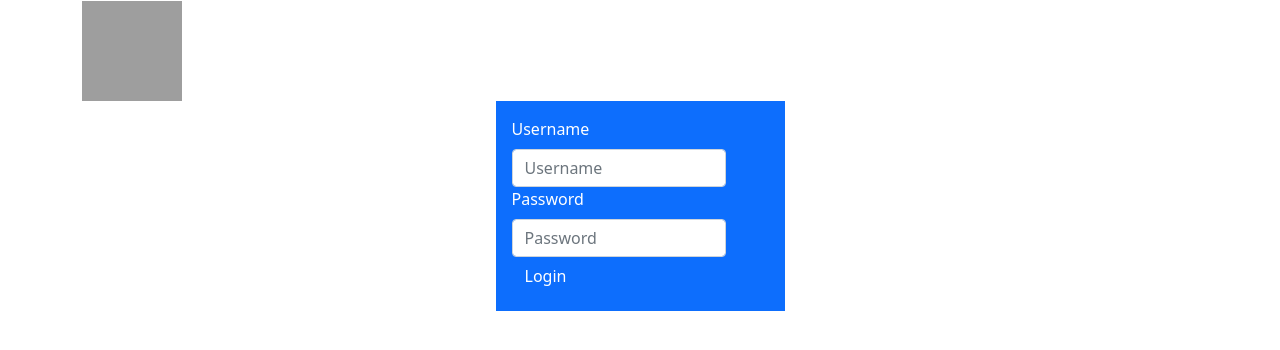
Repository: dilaraozdem1r/BooksApp
Page: /admin
An editor plug-in stored every save of this project. The page is shown before and after the next save, followed by the edit.
The browser window is 1280 px wide. The pictures show the whole page.
Pictures or frames that could not be fetched are drawn as grey boxes. The page's requests for data from a server got no answer. The project was rebuilt for these pictures with package versions that can differ from the ones it lists, and the page was loaded fresh each time. No one was signed in, and anything a server would have sent is missing. Also part of the build but not shown: src/Components/BookList.js, src/Components/SearchBar.js.

Above is the page before, as saved 2021-08-20 13:40:02.

### public/index.html
<!DOCTYPE html>
<html lang="en">
  <head>
    <meta charset="utf-8" />
    <link rel="icon" href="%PUBLIC_URL%/favicon.ico" />
    <meta name="viewport" content="width=device-width, initial-scale=1" />
    <meta name="theme-color" content="#000000" />
    <meta
      name="description"
      content="Web site created using create-react-app"
    />
    <link rel="apple-touch-icon" href="%PUBLIC_URL%/logo192.png" />
    <!--
      manifest.json provides metadata used when your web app is installed on a
      user's mobile device or desktop. See https://developers.google.com/web/fundamentals/web-app-manifest/
    -->
    <link rel="manifest" href="%PUBLIC_URL%/manifest.json" />
    <!--
      Notice the use of %PUBLIC_URL% in the tags above.
      It will be replaced with the URL of the `public` folder during the build.
      Only files inside the `public` folder can be referenced from the HTML.

      Unlike "/favicon.ico" or "favicon.ico", "%PUBLIC_URL%/favicon.ico" will
      work correctly both with client-side routing and a non-root public URL.
      Learn how to configure a non-root public URL by running `npm run build`.
    -->
    <link href="https://cdn.jsdelivr.net/npm/bootstrap@5.0.2/dist/css/bootstrap.min.css" rel="stylesheet" integrity="sha384-EVSTQN3/azprG1Anm3QDgpJLIm9Nao0Yz1ztcQTwFspd3yD65VohhpuuCOmLASjC" crossorigin="anonymous">
    <title>Books App</title>
  </head>
  <body>
    <noscript>You need to enable JavaScript to run this app.</noscript>
    <div id="root"></div>
    <!--
      This HTML file is a template.
      If you open it directly in the browser, you will see an empty page.

      You can add webfonts, meta tags, or analytics to this file.
      The build step will place the bundled scripts into the <body> tag.

      To begin the development, run `npm start` or `yarn start`.
      To create a production bundle, use `npm run build` or `yarn build`.
    -->
    <script src="https://cdn.jsdelivr.net/npm/bootstrap@5.0.2/dist/js/bootstrap.bundle.min.js" integrity="sha384-MrcW6ZMFYlzcLA8Nl+NtUVF0sA7MsXsP1UyJoMp4YLEuNSfAP+JcXn/tWtIaxVXM" crossorigin="anonymous"></script>
  </body>
</html>

### src/index.js
import React from 'react'
import ReactDOM from 'react-dom'
import App from './Components/App'

ReactDOM.render(
    <App />,
    document.getElementById('root')

);

### src/Components/App.js
import React from 'react'
import { BrowserRouter as Router, Switch, Route, Link } from "react-router-dom";
import Books from './BookList';
import axios from 'axios'
import SearchBar from './SearchBar'
import Admin from './Admin'

class App extends React.Component {
  state = {
    books: [],
    searchQuery:""
  }

  async componentDidMount() {
    this.getBooks();

  }
  async getBooks() {
    const response = await axios.get(" http://localhost:3004/books");

    this.setState({ books: response.data })

  }
  searchMovie=(event)=>{
    this.setState({
      searchQuery:event.target.value
    })

  }

  render() {

    let filteredBooks=this.state.books.filter(
      (book)=>{
        return book.name.toLowerCase().indexOf(this.state.searchQuery.toLowerCase()) !== -1 }
    ).sort((a,b)=>{
      return a.id < b.id ? 1 : a.id > b.id ? -1 : 0 ;
    });



    return (
      <Router>
      <Switch>
      <Route path="/" exact render={() => (
            <React.Fragment>
      <div>
        <nav className="navbar navbar-light bg-light">
            <div className="container-fluid">
            <a class="navbar-brand">
          <img src="https://encrypted-tbn0.gstatic.com/images?q=tbn:ANd9GcRZ-o86obF-UTdLqsqqiUM6O82URx7R52fXlw&usqp=CAU" alt="" width="50" height="40" class="d-inline-block align-text-top"/>
          </a>

            <SearchBar search={this.searchMovie} />
            <div className="col ol-md-5">
                        <Link
                            to="/admin"
                            type="button"
                            className="btn btn-danger"
                            style={{ float: 'right' }}
                        >Admin Login</Link>
                    </div>

            </div>
          </nav>
      </div>
    <div>
              <Books books={filteredBooks} />
          </div>

    </React.Fragment> )}>
    </Route>

    <Route path="/admin" render={({ history }) => (
            <Admin  />
          )}>
          </Route>
    <div>
      <button class="navbar-toggler" type="button" data-bs-toggle="collapse" data-bs-target="#navbarSupportedContent" aria-controls="navbarSupportedContent" aria-expanded="false" aria-label="Toggle navigation">Admin Login</button>
    </div>












      </Switch>
      </Router>
        );
}
}
        export default App;

### src/Components/Admin.js
import React from 'react';
import { BrowserRouter as Router, Switch, Route, Link } from "react-router-dom";
class Admin extends React.Component {

    render() {
        return (

            <Router>
                <Switch>

                <section class="h-100">


  <header class="container h-100">

  <div><img src="https://encrypted-tbn0.gstatic.com/images?q=tbn:ANd9GcRZ-o86obF-UTdLqsqqiUM6O82URx7R52fXlw&usqp=CAU" alt="" width="100" height="100" class="d-inline-block align-text-top"/>
                </div>

    <div class="d-flex align-items-center justify-content-center h-100">

                    <form>
                    <div class="p-3 mb-2 bg-primary text-white">
                    <div class="col-md-10">
                            <label for="exampleInputEmail1" class="form-label">Username</label>
                            <input type="text" className="form-control" placeholder="Username" aria-label="First name"/>

                        </div>
                        <div class="col-md-10">
                                <label for="exampleInputPassword1" className="form-label">Password</label>
                                <input type="password" className="form-control" placeholder="Password" aria-label="Last name"/>
                            </div>

                               <div><button type="submit" className="btn btn-primary">Login</button></div>
                               </div>
                    </form>
                    </div>
                    </header>
                    </section>

                </Switch>
        </Router>


                        )
    }

}
export default Admin;

After the next save:
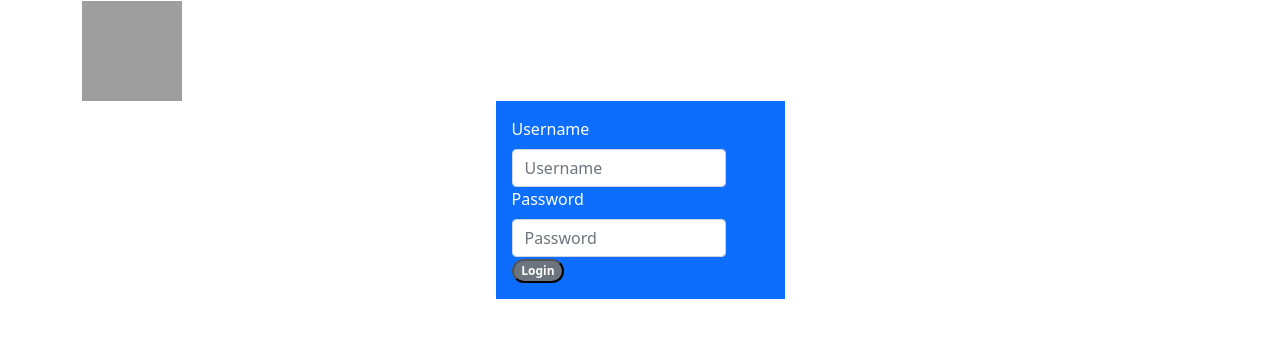
Saved 52 s later.
--- a/src/Components/Admin.js
+++ b/src/Components/Admin.js
@@ -30,7 +30,7 @@ class Admin extends React.Component {
                                 <input type="password" className="form-control" placeholder="Password" aria-label="Last name"/>
                             </div>
 
-                               <div><button type="submit" className="btn btn-primary">Login</button></div>
+                               <div><button type="submit" className="badge rounded-pill bg-secondary">Login</button></div>
                                </div>
                     </form>
                     </div>
